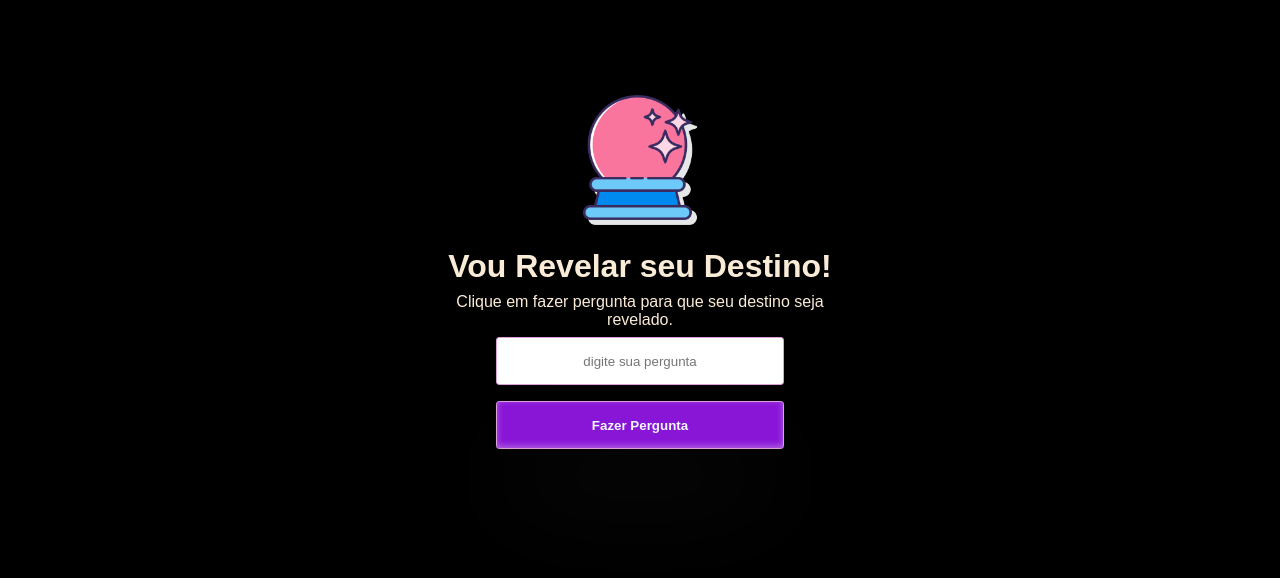
Repository: guilhermecardoso93/nlwexplorer
Page: index.html
An editor plug-in stored every save of this project. The page is shown before and after the next save, followed by the edit.
The browser window is 1280 px wide. The pictures show the whole page.

Above is the page before, as saved 2022-06-08 23:54:51.

After the next save:
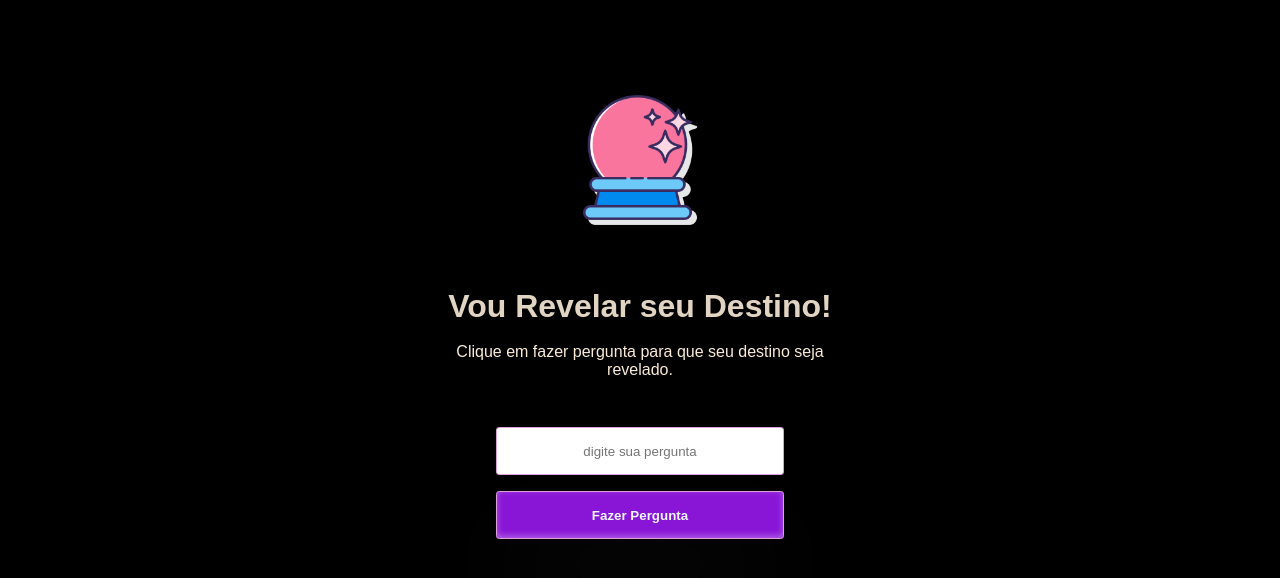
Saved 94 s later.
--- a/styles.css
+++ b/styles.css
@@ -9,6 +9,16 @@ body {
   color: antiquewhite;
   text-align: center;
   font-family: sans-serif;
+}
+
+h1{
+  margin-top: 40px;
+  margin-bottom: 10px;
+  opacity: 0.9;
+}
+
+p {
+  margin-bottom: 40px;
 }
 
 #cristalBallImg {
